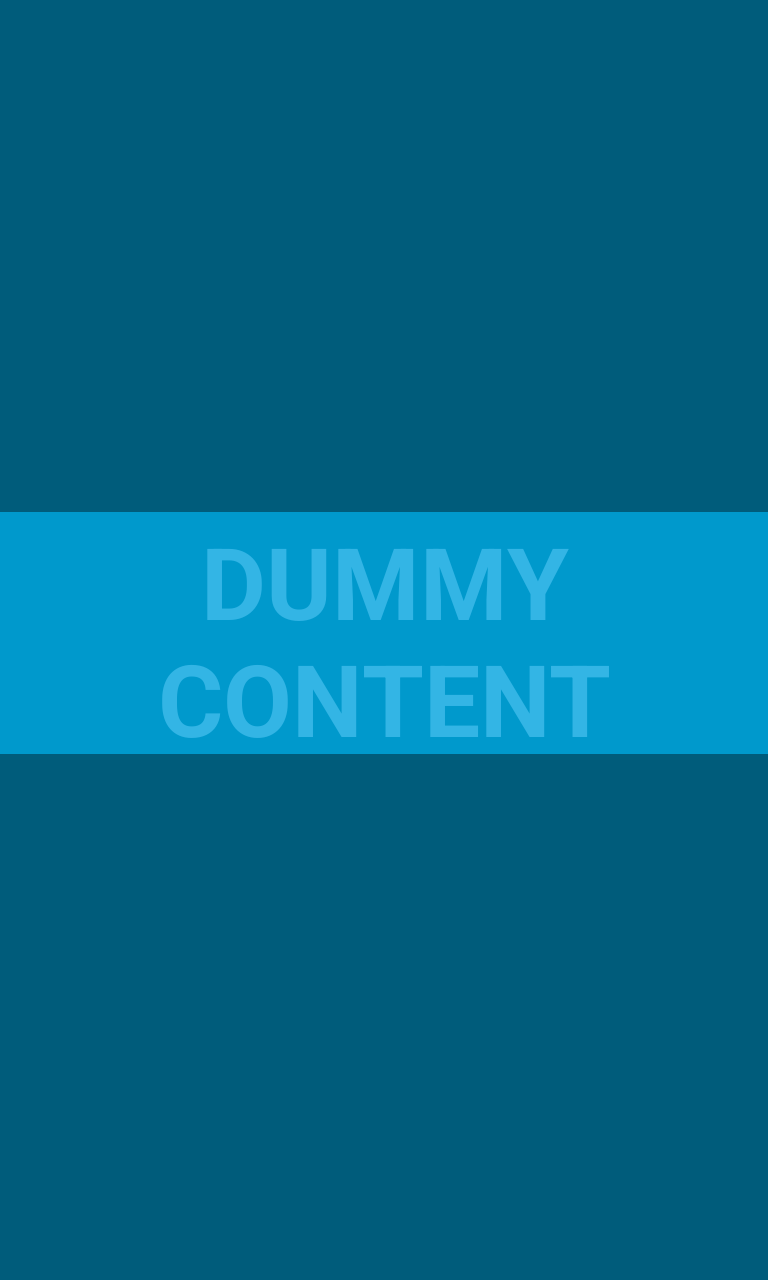
Repository: shababislam/VDialer3000
Layout: VDialer3000/res/layout/activity_fullscreen.xml
An editor plug-in stored every save of this project. The layout is shown before and after the next save, followed by the edit.
It is drawn on a 768 x 1280 px phone screen (xhdpi) without system bars, with theme FullscreenTheme; the app's code is not run.

Above is the layout before, as saved 2016-12-03 21:40:04.

### VDialer3000/res/layout/activity_fullscreen.xml
<FrameLayout xmlns:android="http://schemas.android.com/apk/res/android"
    xmlns:tools="http://schemas.android.com/tools"
    android:layout_width="match_parent"
    android:layout_height="match_parent"
    android:background="#0099cc"
    tools:context="com.team_a_3000.vdialer.FullscreenActivity" >

    <!--
         The primary full-screen view. This can be replaced with whatever view
         is needed to present your content, e.g. VideoView, SurfaceView,
         TextureView, etc.
    -->

    <TextView
        android:id="@+id/fullscreen_content"
        android:layout_width="match_parent"
        android:layout_height="match_parent"
        android:gravity="center"
        android:keepScreenOn="true"
        android:text="@string/dummy_content"
        android:textColor="#33b5e5"
        android:textSize="50sp"
        android:textStyle="bold" />

    <!--
         This FrameLayout insets its children based on system windows using
         android:fitsSystemWindows.
    -->

    <FrameLayout
        android:layout_width="match_parent"
        android:layout_height="match_parent"
        android:fitsSystemWindows="true" >

        <LinearLayout
            android:id="@+id/fullscreen_content_controls"
            style="?metaButtonBarStyle"
            android:layout_width="match_parent"
            android:layout_height="263dp"
            android:layout_gravity="bottom|center_horizontal"
            android:background="@color/black_overlay"
            android:orientation="horizontal"
            tools:ignore="UselessParent" >

            <Button
                android:id="@+id/dummy_button"
                style="?metaButtonBarButtonStyle"
                android:layout_width="0dp"
                android:layout_height="252dp"
                android:text="Cancel" />
        </LinearLayout>

        <LinearLayout
            android:id="@+id/LinearLayout01"
            style="?metaButtonBarStyle"
            android:layout_width="match_parent"
            android:layout_height="256dp"
            android:background="@color/black_overlay"
            android:orientation="horizontal"
            tools:ignore="UselessParent" >

            <Button
                android:id="@+id/Button01"
                style="?metaButtonBarButtonStyle"
                android:layout_width="0dp"
                android:layout_height="252dp"
                android:text="Call" />
        </LinearLayout>

    </FrameLayout>

</FrameLayout>

### VDialer3000/res/values/strings.xml
<?xml version="1.0" encoding="utf-8"?>
<resources>

    <string name="app_name">VDialer</string>
    <string name="dummy_button">Dummy Button</string>
    <string name="dummy_content">DUMMY\nCONTENT</string>

</resources>

Loaded but not shown: VDialer3000/res/values-v11/styles.xml (common file); VDialer3000/res/values/styles.xml (common file); VDialer3000/res/values/colors.xml (common file)

After the next save:
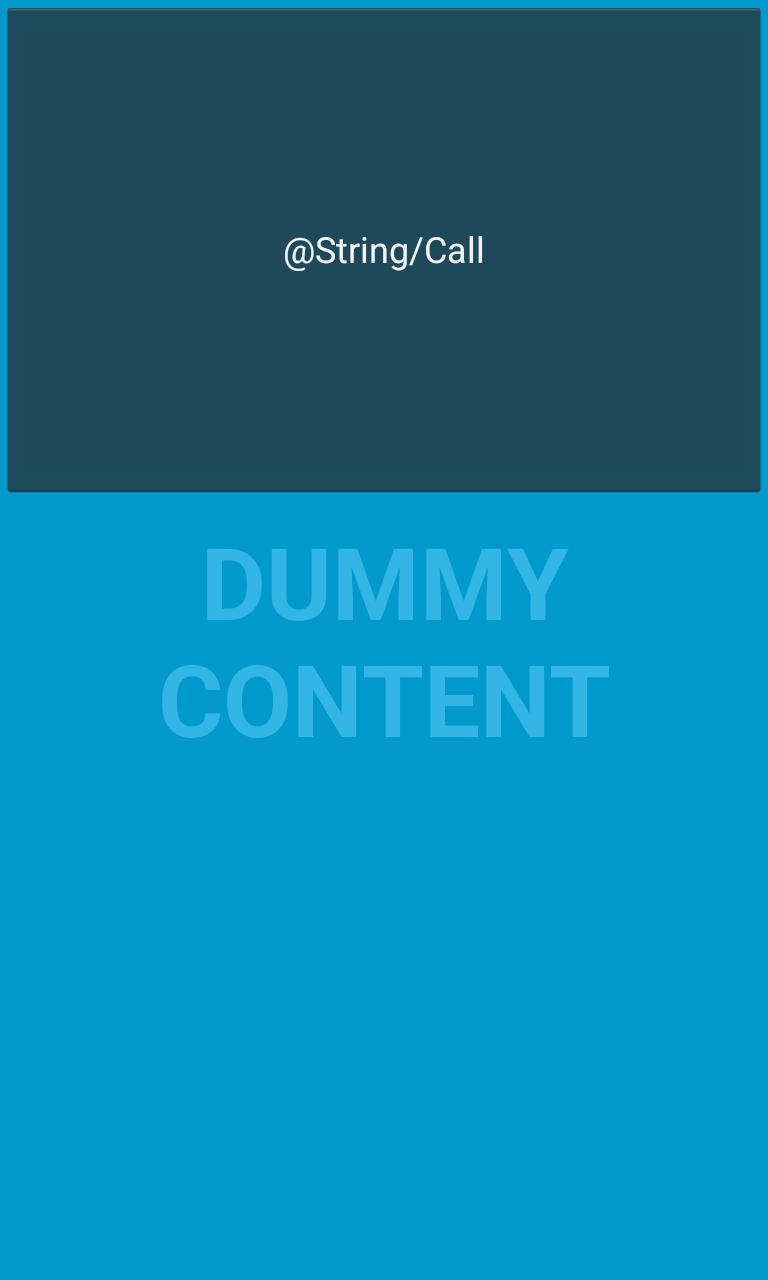
Saved 2 min 0 s later.
--- a/VDialer3000/res/layout/activity_fullscreen.xml
+++ b/VDialer3000/res/layout/activity_fullscreen.xml
@@ -32,40 +32,11 @@
         android:layout_height="match_parent"
         android:fitsSystemWindows="true" >
 
-        <LinearLayout
-            android:id="@+id/fullscreen_content_controls"
-            style="?metaButtonBarStyle"
+        <Button
+            android:id="@+id/button1"
             android:layout_width="match_parent"
-            android:layout_height="263dp"
-            android:layout_gravity="bottom|center_horizontal"
-            android:background="@color/black_overlay"
-            android:orientation="horizontal"
-            tools:ignore="UselessParent" >
-
-            <Button
-                android:id="@+id/dummy_button"
-                style="?metaButtonBarButtonStyle"
-                android:layout_width="0dp"
-                android:layout_height="252dp"
-                android:text="Cancel" />
-        </LinearLayout>
-
-        <LinearLayout
-            android:id="@+id/LinearLayout01"
-            style="?metaButtonBarStyle"
-            android:layout_width="match_parent"
-            android:layout_height="256dp"
-            android:background="@color/black_overlay"
-            android:orientation="horizontal"
-            tools:ignore="UselessParent" >
-
-            <Button
-                android:id="@+id/Button01"
-                style="?metaButtonBarButtonStyle"
-                android:layout_width="0dp"
-                android:layout_height="252dp"
-                android:text="Call" />
-        </LinearLayout>
+            android:layout_height="249dp"
+            android:text="@String/Call" />
 
     </FrameLayout>
 
